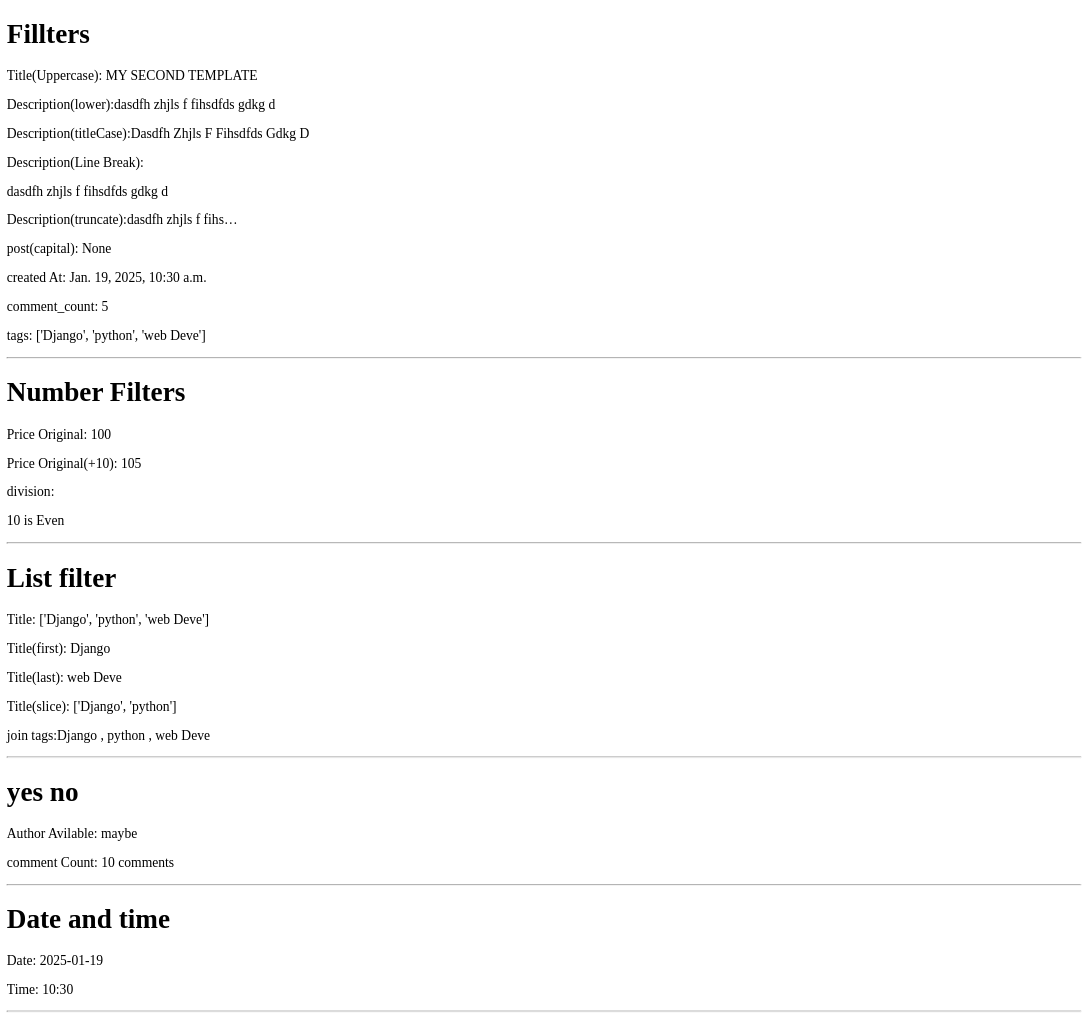
Repository: samratpoudel444/MVT-python
Page: http://localhost/home/
These files come from the project's save history. The page is drawn as it stood at one moment and after the next save; the edit follows.
The browser window is 1280 px wide. The pictures show the whole page, at 85% of full size.
The page is served by the project's application, run on Django 5.2 (templatesFilters/manage.py). Other server files are loaded and not shown.

Above is the page before, as saved 2025-12-23 14:28:53.

### templatesFilters/blog/templates/blog/home.html
<!DOCTYPE html>
<html lang="en">
<head>
    <meta charset="UTF-8">
    <meta name="viewport" content="width=device-width, initial-scale=1.0">
    <title>Templates #2</title>
</head>
<body>
    <h1>Fillters</h1>
    <p>Title(Uppercase): {{post.title | upper}}</p>
    <p>Description(lower):{{post.description | lower}}</p>
    <p>Description(titleCase):{{post.description | title}}</p>
    <p>Description(Line Break):{{post.description | linebreaks}}</p>
    <p>Description(truncate):{{post.description | truncatechars:20}}</p>
    <p>post(capital): {{post.author | capfirst }}</p>
    <p>created At: {{post.created_at}}</p>
    <p>comment_count: {{post.comment_count}}</p>
    <p>tags: {{post.tags}}</p>

    <hr>

    <h1>Number Filters</h1>
    <p>Price Original: {{post.price}}</p>
    <p>Price Original(+10): {{post.price | add:5}}</p>
    <p>division:</p>
    {% if post.number|divisibleby:2 %}
    <p>{{post.number}} is Even</p>
    {% else %}
    <p>{{post.number}} is odd</p>
        {% endif %}
    <p></p>

    <hr>
    <h1>List filter</h1>
 <p>Title: {{post.tags}}</p>
 <p>Title(first): {{post.tags|first}}</p>
  <p>Title(last): {{post.tags|last}}</p>
  <p>Title(slice): {{post.tags|slice:"2"}}</p>
  <p>join tags:{{post.tags|join:" , "}}</p>

  <hr>
  <h1>yes no</h1>
  <p>Author Avilable:{{post.author|yesno:"yes, no, maybe"}}</p>
  <p>
    comment Count: {{post.count}} comment{{post.count|pluralize}}
    </p>

    <hr>
    <h1>Date and time</h1>
    <p>Date: {{ post.created_at|date:"Y-m-d" }}</p>
    <p>Time: {{ post.created_at|time:"H:i" }}</p>

    <hr>



</body>
</html>

### templatesFilters/blog/views.py
from django.shortcuts import render
from datetime import datetime
# Create your views here.
def blog_details(request):
    post={
        "title":"My second Template",
        "description":"dasdfh zhjls f fihsdfds  gdkg d",
        "author":None,
        "created_at":datetime(2025,1,19,10,30),
        "comment_count":5,
        "tags":["Django","python","web Deve"],
        "price":100,
        "count":10,
        "number":10
    }
    return render(request, "blog/home.html", {"post":post})

### templatesFilters/templatesFilters/urls.py
"""
URL configuration for templatesFilters project.

The `urlpatterns` list routes URLs to views. For more information please see:
    https://docs.djangoproject.com/en/6.0/topics/http/urls/
Examples:
Function views
    1. Add an import:  from my_app import views
    2. Add a URL to urlpatterns:  path('', views.home, name='home')
Class-based views
    1. Add an import:  from other_app.views import Home
    2. Add a URL to urlpatterns:  path('', Home.as_view(), name='home')
Including another URLconf
    1. Import the include() function: from django.urls import include, path
    2. Add a URL to urlpatterns:  path('blog/', include('blog.urls'))
"""
from django.contrib import admin
from django.urls import path, include

urlpatterns = [
    path('admin/', admin.site.urls),
    path('', include("blog.urls"))
]

### templatesFilters/blog/urls.py
from django.urls import path
from . import views
urlpatterns=[
    path('home/', views.blog_details , name="test")
]

After the next save:
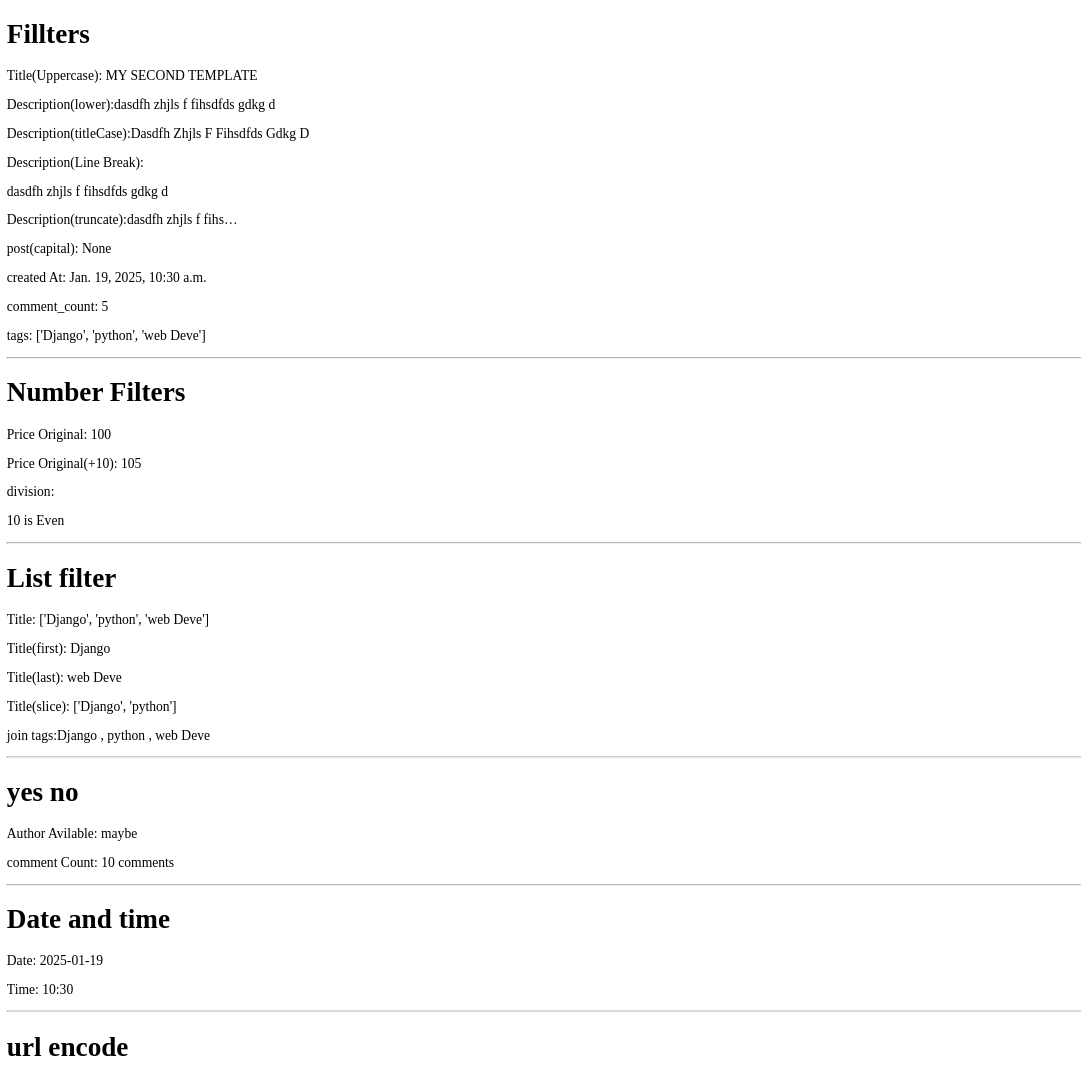
Saved 6 s later.
--- a/templatesFilters/blog/templates/blog/home.html
+++ b/templatesFilters/blog/templates/blog/home.html
@@ -51,7 +51,7 @@
     <p>Time: {{ post.created_at|time:"H:i" }}</p>
 
     <hr>
-
+    <h1>url encode</h1>
 
 
 </body>
